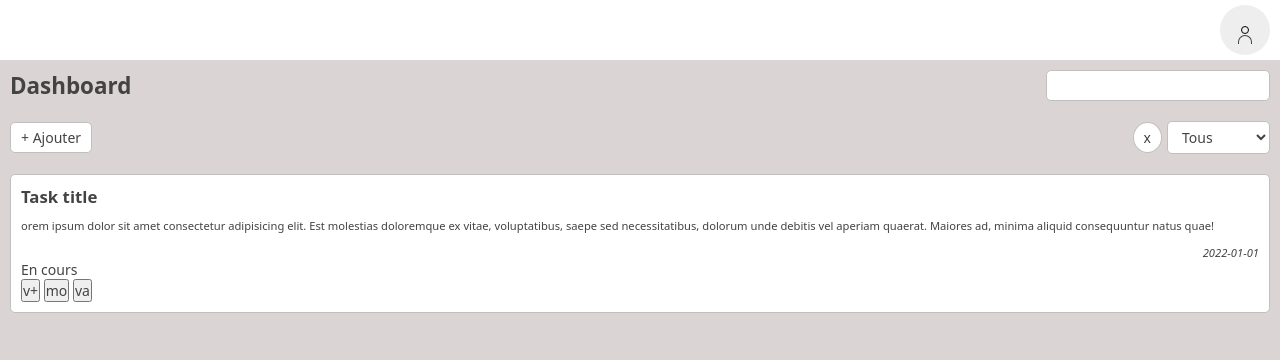
Repository: zpaulange/task_manager
Page: dashboard/index.html
These files come from the project's save history. The page is drawn as it stood at one moment and after the next save; the edit follows.
The browser window is 1280 px wide. The pictures show the whole page.

Above is the page before, as saved 2025-03-06 15:26:15.

After the next save:
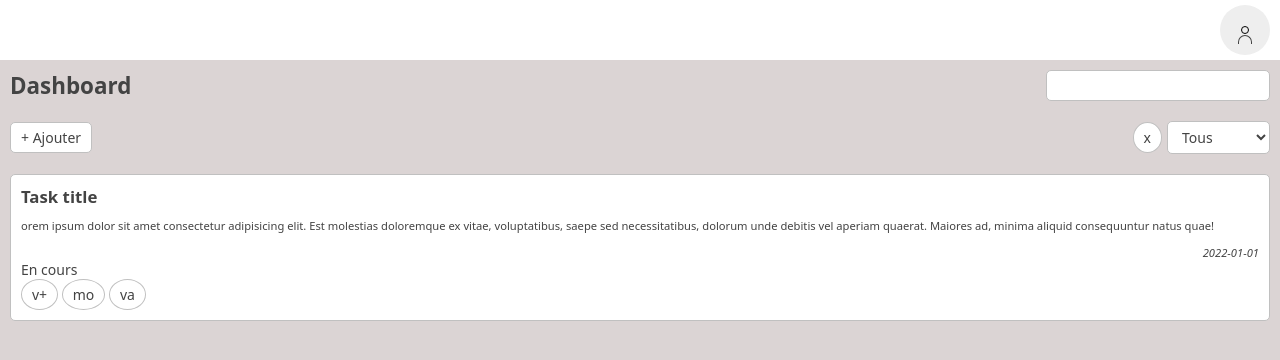
Saved 21 s later.
--- a/dashboard/index.html
+++ b/dashboard/index.html
@@ -50,9 +50,9 @@
                   En cours
                 </span>
                 <div>
-                  <button class="main-task__content-item__actions_btn">v+</button>
-                  <button class="main-task__content-item__actions_btn">mo</button>
-                  <button class="main-task__content-item__actions_btn">va</button>
+                  <button class="rounded-btn">v+</button>
+                  <button class="rounded-btn">mo</button>
+                  <button class="rounded-btn">va</button>
                 </div>
             </div>
             <!-- <section class="box box-center">
